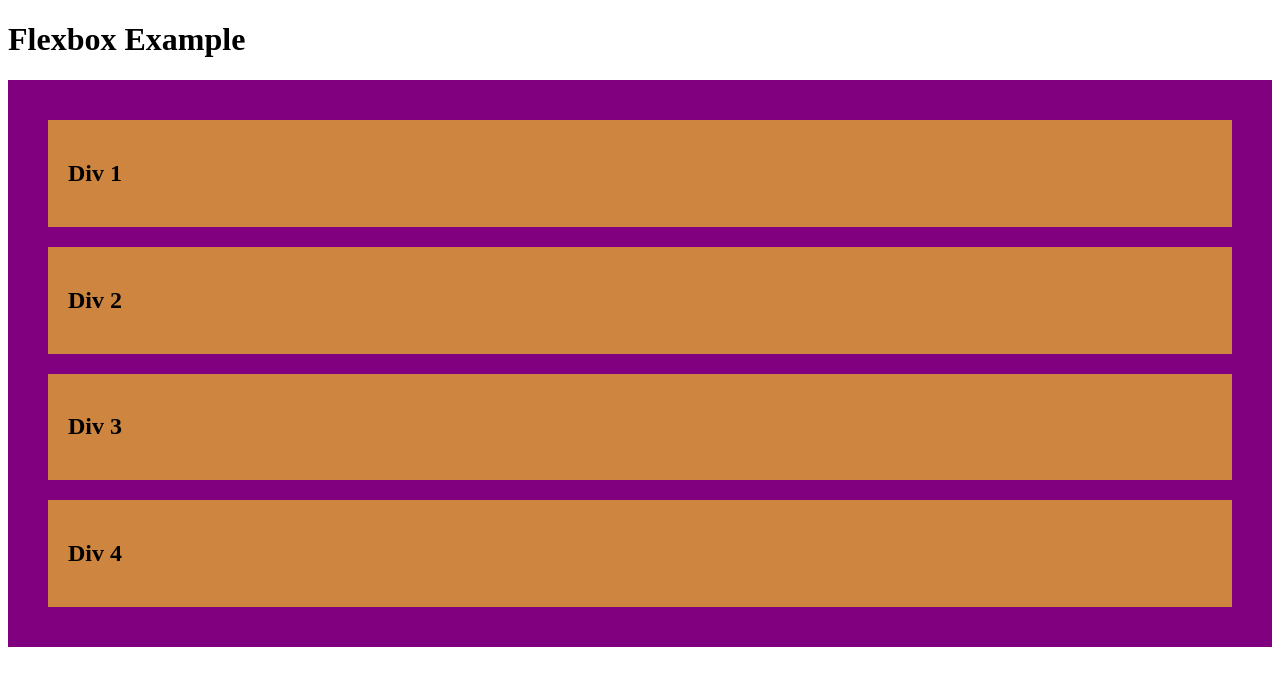
Repository: devashrisamani/website_shecodes_week1
Page: flexbox.html
These files come from the project's save history. The page is drawn as it stood at one moment and after the next save; the edit follows.
The browser window is 1280 px wide. The pictures show the whole page.

Above is the page before, as saved 2025-09-20 12:37:41.

After the next save:
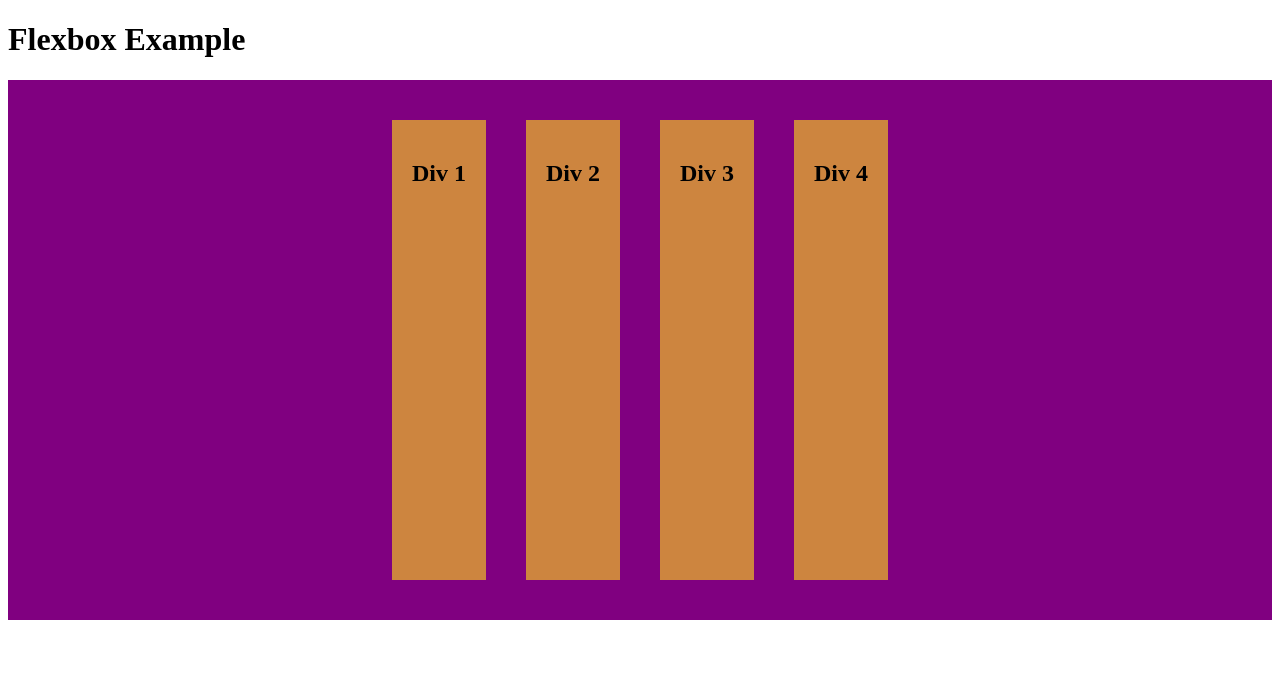
Saved 7 min 30 s later.
--- a/flex_styles.css
+++ b/flex_styles.css
@@ -3,8 +3,8 @@
   background-color: purple;
   padding: 20px;
   min-height: 500px;
-  /* display: flex;
-  flex-direction: column; */
+  display: flex;
+  justify-content: center;
 }
 .box {
   background-color: peru;
